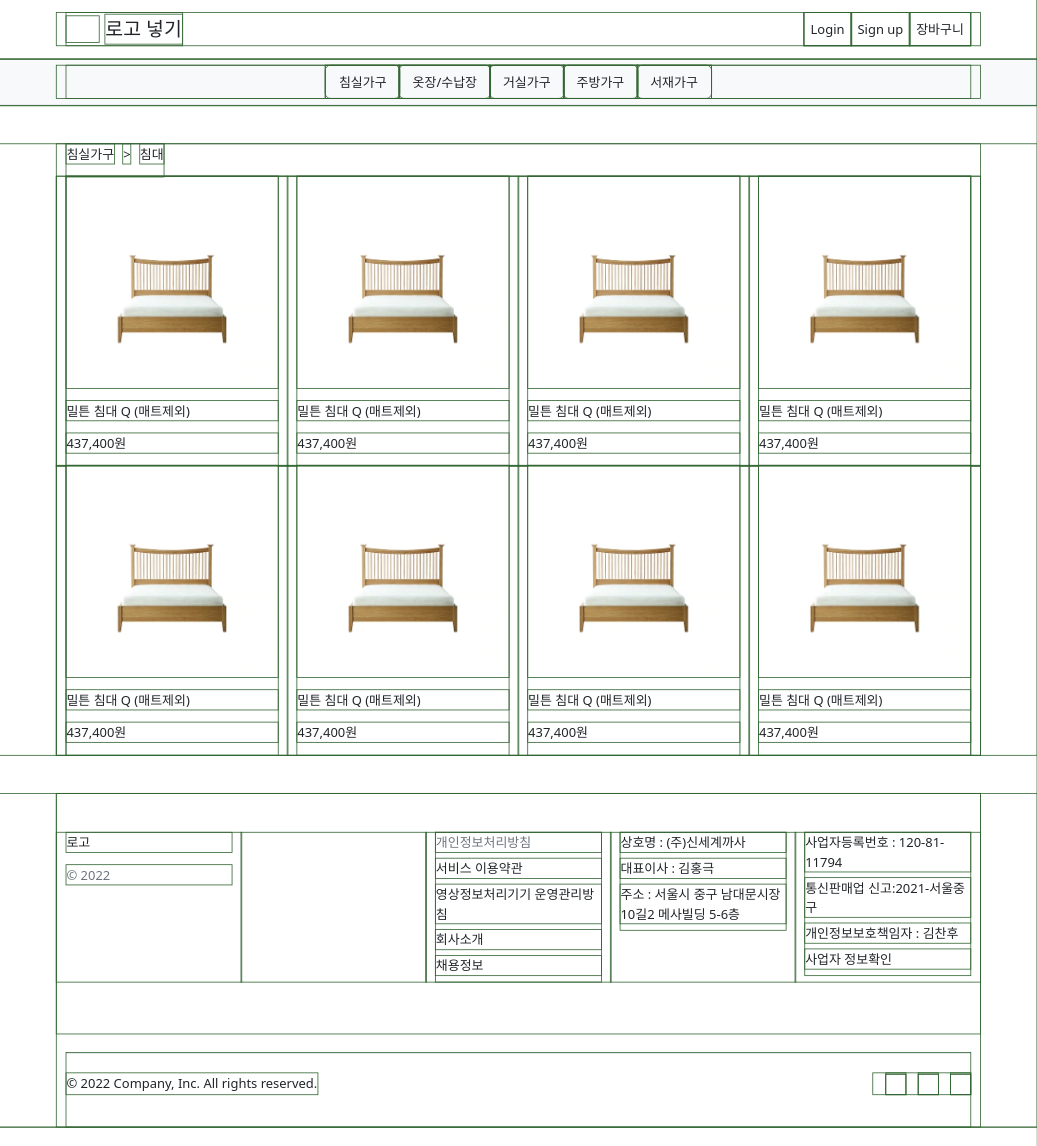
Repository: raoniee/Elice-House-Project
Page: FE/views/pages/main/item-list-page.html
An editor plug-in stored every save of this project. The page is shown before and after the next save, followed by the edit.
The browser window is 1280 px wide. The pictures show the whole page, at 81% of full size.

Above is the page before, as saved 2023-07-06 14:00:06.

### FE/views/pages/main/item-list-page.html
<!DOCTYPE html>
<html lang="ko">
  <head>
    <meta charset="UTF-8" />
    <meta http-equiv="X-UA-Compatible" content="IE=edge" />
    <meta name="viewport" content="width=device-width, initial-scale=1.0" />
    <title>Elice-House/item-list</title>
    <link
      href="https://cdn.jsdelivr.net/npm/bootstrap@5.2.3/dist/css/bootstrap.min.css"
      rel="stylesheet"
      integrity="sha384-rbsA2VBKQhggwzxH7pPCaAqO46MgnOM80zW1RWuH61DGLwZJEdK2Kadq2F9CUG65"
      crossorigin="anonymous"
    />
    <!-- header.module.js -->
    <script
      src="../../components/header/header.js"
      type="module"
      defer
    ></script>
    <!-- footer.module.js -->
    <script
      src="../../components/footer/footer.js"
      type="module"
      defer
    ></script>
    <!-- item-list.module.js -->
    <script src="./item-list-page.js" type="module" defer></script>
    <style>
      * {
        outline: 1px solid #363;
      }
    </style>
  </head>
  <body>
    <header class="header">
      <!-- header template로 삽입 -->
    </header>

    <main>
      <div class="container my-5">
        <div
          class="menu_bar d-flex justify-content-between"
          style="width: 120px"
        >
          <!-- menu_bar template로 삽입 -->
        </div>

        <div class="item_list">
          <div class="row row-cols-">
            <div class="col">
              <div class="item_list_card d-flex flex-column">
                <img
                  class="mb-3"
                  src="../../../public/assets/imgs/item-list-card.webp"
                  alt=""
                />
                <span class="item_list_name mb-3">밀튼 침대 Q (매트제외)</span>
                <p class="item_list_price mb-3">437,400원</p>
              </div>
            </div>
            <div class="col">
              <div class="item_list_card d-flex flex-column">
                <img
                  class="mb-3"
                  src="../../../public/assets/imgs/item-list-card.webp"
                  alt=""
                />
                <span class="item_list_name mb-3">밀튼 침대 Q (매트제외)</span>
                <p class="item_list_price mb-3">437,400원</p>
              </div>
            </div>
            <div class="col">
              <div class="item_list_card d-flex flex-column">
                <img
                  class="mb-3"
                  src="../../../public/assets/imgs/item-list-card.webp"
                  alt=""
                />
                <span class="item_list_name mb-3">밀튼 침대 Q (매트제외)</span>
                <p class="item_list_price mb-3">437,400원</p>
              </div>
            </div>
            <div class="col">
              <div class="item_list_card d-flex flex-column">
                <img
                  class="mb-3"
                  src="../../../public/assets/imgs/item-list-card.webp"
                  alt=""
                />
                <span class="item_list_name mb-3">밀튼 침대 Q (매트제외)</span>
                <p class="item_list_price mb-3">437,400원</p>
              </div>
            </div>
          </div>
          <div class="row row-cols-">
            <div class="col">
              <div class="item_list_card d-flex flex-column">
                <img
                  class="mb-3"
                  src="../../../public/assets/imgs/item-list-card.webp"
                  alt=""
                />
                <span class="item_list_name mb-3">밀튼 침대 Q (매트제외)</span>
                <p class="item_list_price mb-3">437,400원</p>
              </div>
            </div>
            <div class="col">
              <div class="item_list_card d-flex flex-column">
                <img
                  class="mb-3"
                  src="../../../public/assets/imgs/item-list-card.webp"
                  alt=""
                />
                <span class="item_list_name mb-3">밀튼 침대 Q (매트제외)</span>
                <p class="item_list_price mb-3">437,400원</p>
              </div>
            </div>
            <div class="col">
              <div class="item_list_card d-flex flex-column">
                <img
                  class="mb-3"
                  src="../../../public/assets/imgs/item-list-card.webp"
                  alt=""
                />
                <span class="item_list_name mb-3">밀튼 침대 Q (매트제외)</span>
                <p class="item_list_price mb-3">437,400원</p>
              </div>
            </div>
            <div class="col">
              <div class="item_list_card d-flex flex-column">
                <img
                  class="mb-3"
                  src="../../../public/assets/imgs/item-list-card.webp"
                  alt=""
                />
                <span class="item_list_name mb-3">밀튼 침대 Q (매트제외)</span>
                <p class="item_list_price mb-3">437,400원</p>
              </div>
            </div>
          </div>
          <!-- item_list_card template로 삽입 -->
        </div>
      </div>
    </main>

    <footer class="footer">
      <!-- footer template로 삽입 -->
    </footer>

    <script
      src="https://cdn.jsdelivr.net/npm/bootstrap@5.2.3/dist/js/bootstrap.bundle.min.js"
      integrity="sha384-kenU1KFdBIe4zVF0s0G1M5b4hcpxyD9F7jL+jjXkk+Q2h455rYXK/7HAuoJl+0I4"
      crossorigin="anonymous"
    ></script>
  </body>
</html>

### FE/views/components/header/header.js
export const drawHeader = () => {
  let headerTemplate = `
  <div class="py-3 border-bottom">
      <div class="container d-flex flex-wrap justify-content-center">
        <a
          href="/"
          class="d-flex align-items-center mb-3 mb-lg-0 me-lg-auto text-dark text-decoration-none"
        >
          <svg class="bi me-2" width="40" height="32">
            <use xlink:href="#bootstrap" />
          </svg>
          <span class="fs-4">로고 넣기</span>
        </a>
        <ul class="nav">
          <li class="nav-item">
            <a href="" class="nav-link link-dark px-2">Login</a>
          </li>
          <li class="nav-item">
            <a href="" class="nav-link link-dark px-2">Sign up</a>
          </li>
          <li class="nav-item">
            <a href="" class="nav-link link-dark px-2">장바구니</a>
          </li>
        </ul>
      </div>
    </div>
    <nav class="py-2 bg-light border-bottom">
      <div class="container">
        <ul class="nav justify-content-center nav-pills">
          <li class="nav-item">
            <div class="dropdown text-end">
              <a
                href="#"
                class="d-block link-dark text-decoration-none nav-link"
                data-bs-toggle="dropdown"
                aria-expanded="false"
                >침실가구
              </a>
              <ul class="dropdown-menu text-small">
                <li><a class="dropdown-item" href="#">침대</a></li>
                <li><a class="dropdown-item" href="#">매트리스/토퍼</a></li>
                <li><a class="dropdown-item" href="#">화장대/콘솔/거울</a></li>
                <li><a class="dropdown-item" href="#">서랍장/협탁</a></li>
              </ul>
            </div>
          </li>
          <li class="nav-item">
            <div class="dropdown text-end">
              <a
                href="#"
                class="d-block link-dark text-decoration-none nav-link"
                data-bs-toggle="dropdown"
                aria-expanded="false"
                >옷장/수납장
              </a>
              <ul class="dropdown-menu text-small">
                <li><a class="dropdown-item" href="#">옷장/붙박이장</a></li>
                <li><a class="dropdown-item" href="#">드레스룸/행거</a></li>
              </ul>
            </div>
          </li>
          <li class="nav-item">
            <div class="dropdown text-end">
              <a
                href="#"
                class="d-block link-dark text-decoration-none nav-link"
                data-bs-toggle="dropdown"
                aria-expanded="false"
                >거실가구
              </a>
              <ul class="dropdown-menu text-small">
                <li><a class="dropdown-item" href="#">소파</a></li>
                <li><a class="dropdown-item" href="#">거실테이블</a></li>
                <li><a class="dropdown-item" href="#">거실장</a></li>
              </ul>
            </div>
          </li>
          <li class="nav-item">
            <div class="dropdown text-end">
              <a
                href="#"
                class="d-block link-dark text-decoration-none nav-link"
                data-bs-toggle="dropdown"
                aria-expanded="false"
                >주방가구
              </a>
              <ul class="dropdown-menu text-small">
                <li><a class="dropdown-item" href="#">식탁/테이블</a></li>
                <li><a class="dropdown-item" href="#">홈바/아일랜드식탁</a></li>
                <li><a class="dropdown-item" href="#">식탁세트</a></li>
              </ul>
            </div>
          </li>
          <li class="nav-item">
            <div class="dropdown text-end">
              <a
                href="#"
                class="d-block link-dark text-decoration-none nav-link"
                data-bs-toggle="dropdown"
                aria-expanded="false"
                >서재가구
              </a>
              <ul class="dropdown-menu text-small">
                <li><a class="dropdown-item" href="#">책상/책장/ACC</a></li>
                <li><a class="dropdown-item" href="#">서재의자</a></li>
              </ul>
            </div>
          </li>
        </ul>
      </div>
    </nav>
    `;
  // .header 부분에 header.html을 삽입
  const headerTag = document.querySelector(".header");
  headerTag.innerHTML = headerTemplate;
};

### FE/views/components/footer/footer.js
export const drawFooter = () => {
  let footerTemplate = `
        <div class="container">
      <div class="row py-5">
        <div class="col mb-3">
          <a
            href="/"
            class="d-flex align-items-center mb-3 link-dark text-decoration-none"
          >
            로고
          </a>
          <p class="text-muted">&copy; 2022</p>
        </div>

        <div class="col mb-3"></div>

        <div class="col mb-3">
          <ul class="nav flex-column">
            <li class="nav-item mb-2 text-muted">개인정보처리방침</li>
            <li class="nav-item mb-2">서비스 이용약관</li>
            <li class="nav-item mb-2">영상정보처리기기 운영관리방침</li>
            <li class="nav-item mb-2">회사소개</li>
            <li class="nav-item mb-2">채용정보</li>
          </ul>
        </div>

        <div class="col mb-3">
          <ul class="nav flex-column">
            <li class="nav-item mb-2">상호명 : (주)신세계까사</li>
            <li class="nav-item mb-2">대표이사 : 김홍극</li>
            <li class="nav-item mb-2">
              주소 : 서울시 중구 남대문시장10길2 메사빌딩 5-6층
            </li>
          </ul>
        </div>

        <div class="col mb-3">
          <ul class="nav flex-column">
            <li class="nav-item mb-2">사업자등록번호 : 120-81-11794</li>
            <li class="nav-item mb-2">통신판매업 신고:2021-서울중구</li>
            <li class="nav-item mb-2">개인정보보호책임자 : 김찬후</li>
            <li class="nav-item mb-2">사업자 정보확인</li>
          </ul>
        </div>
      </div>
      <div
        class="d-flex flex-column flex-sm-row justify-content-between py-4 my-4 border-top"
      >
        <p>&copy; 2022 Company, Inc. All rights reserved.</p>
        <ul class="list-unstyled d-flex">
          <li class="ms-3">
            <a class="link-dark" href="#"
              ><svg class="bi" width="24" height="24">
                <use xlink:href="#twitter" /></svg
            ></a>
          </li>
          <li class="ms-3">
            <a class="link-dark" href="#"
              ><svg class="bi" width="24" height="24">
                <use xlink:href="#instagram" /></svg
            ></a>
          </li>
          <li class="ms-3">
            <a class="link-dark" href="#"
              ><svg class="bi" width="24" height="24">
                <use xlink:href="#facebook" /></svg
            ></a>
          </li>
        </ul>
      </div>
    </div>
    `;
  // .footer 부분에 footer.html을 삽입
  const footerTag = document.querySelector(".footer");
  footerTag.innerHTML = footerTemplate;
};

### FE/views/pages/main/item-list-page.js
import { drawHeader } from "../../components/header/header.js";
import { drawFooter } from "../../components/footer/footer.js";
import { drawMenubar } from "../../components/menu-bar/menu-bar.js";

// Header, Footer 템플릿 삽입
drawHeader();
drawFooter();

// Menubar 템플릿 삽입
drawMenubar();

### FE/views/components/menu-bar/menu-bar.js
export const drawMenubar = () => {
  let menubarTemplate = `<p class="menu-depth1">침실가구</p>
    <p class="arrow">></p>
    <p class="menu-depth2">침대</p>`;
  // .menu_bar 부분에 menu_bar.html을 삽입
  const menu_barTag = document.querySelector(".menu_bar");
  menu_barTag.innerHTML = menubarTemplate;
};

After the next save:
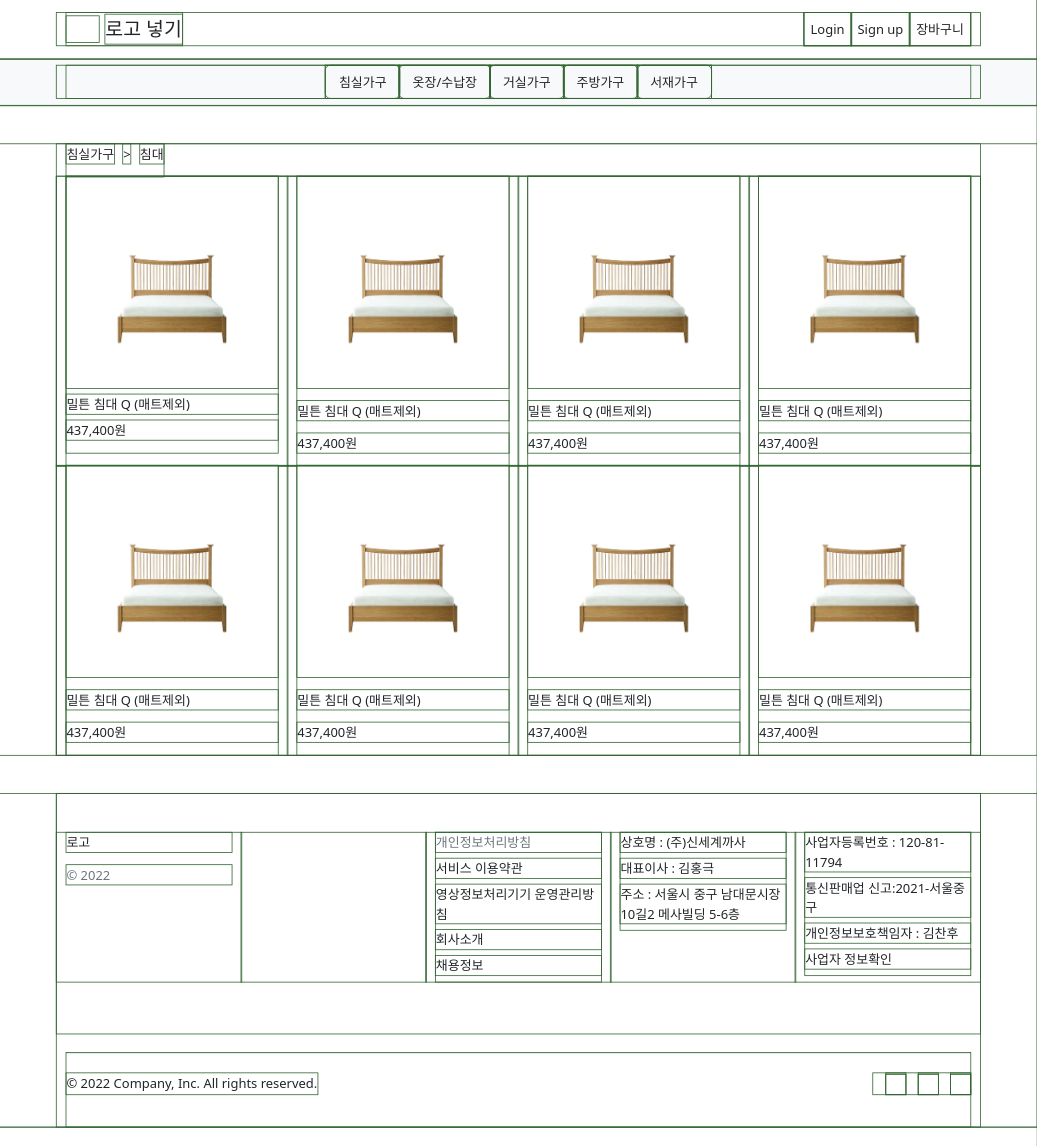
Saved 90 s later.
--- a/FE/views/pages/main/item-list-page.html
+++ b/FE/views/pages/main/item-list-page.html
@@ -50,11 +50,11 @@
             <div class="col">
               <div class="item_list_card d-flex flex-column">
                 <img
-                  class="mb-3"
+                  class="mb-2"
                   src="../../../public/assets/imgs/item-list-card.webp"
                   alt=""
                 />
-                <span class="item_list_name mb-3">밀튼 침대 Q (매트제외)</span>
+                <span class="item_list_name mb-2">밀튼 침대 Q (매트제외)</span>
                 <p class="item_list_price mb-3">437,400원</p>
               </div>
             </div>
